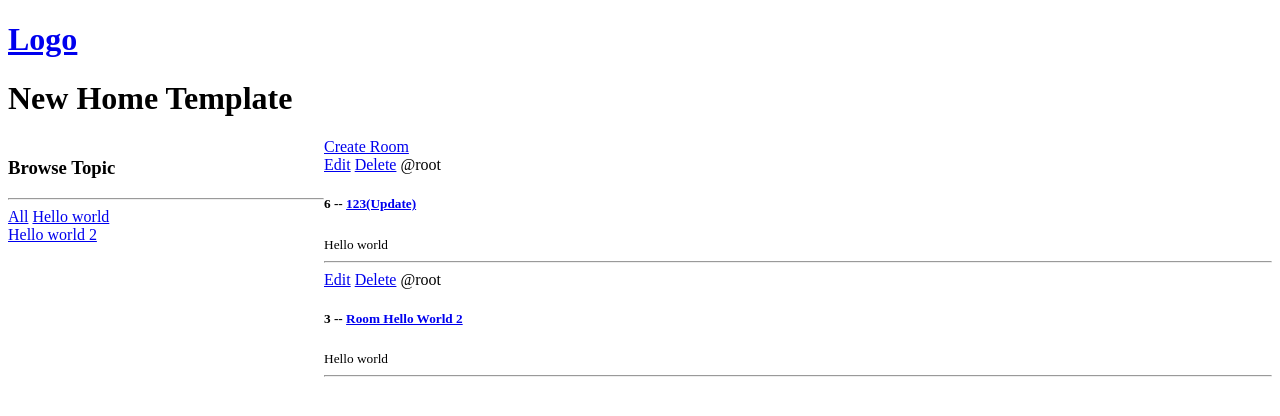
Repository: DZESU/studybug_django
Page: http://localhost/
The author's editor kept a copy of each file at every save. The page is drawn from the files as they stood at one save, then again after the next save.
The browser window is 1280 px wide. The pictures show the whole page.
The page is served by the project's application, run on Django 4.2 (manage.py). Other server files are loaded and not shown. The page reads the database file committed with the project.

Above is the page before, as saved 2022-08-02 22:33:55.

### base/templates/base/home.html
{% extends 'main.html' %} {% block content %}

<style>
    .home-container{
        display: grid;
        grid-template-columns: 1fr 3fr;
    }
</style>
<h1>New Home Template</h1>

<div class="home-container">
  <div>
    <h3>Browse Topic</h3>
    <hr>
    <a href="{%url 'home'%}">All</a>
    {% for topic in topics %}
    <a href="{%url 'home'%}?q={{topic.name}}">{{topic.name}}</a>
    <br>

    {% endfor %}
  </div>

  <div>
    <a href="{% url 'create-room' %}">Create Room</a>

  <div>
    {% for room in rooms %}
    <div>
      <a href="{% url 'update-room' room.id%}">Edit</a>
      <a href="{% url 'delete-room' room.id%}">Delete</a>
      <span>@{{room.host.username}}</span>
      <h5>
        {{room.id}} -- <a href='{% url "room" room.id %}'>{{room.name}}</a>
      </h5>
      <small>{{room.topic.name}}</small>
      <hr>
    </div>
    {% endfor %}
  </div>

  </div>
  </div>
{% endblock content %}

### templates/main.html
<!DOCTYPE html>
<html lang="en">
<head>
    <meta charset="UTF-8">
    <meta http-equiv="X-UA-Compatible" content="IE=edge">
    <meta name="viewport" content="width=device-width, initial-scale=1.0">
    <title>Pory</title>
</head>
<body>
    {% include 'navbar.html' %}
    {% block content %}

    {% endblock %}
</body>

</html>

### templates/navbar.html
<a href="/">
    <h1>
        Logo
    </h1>
</a>

### base/models.py
from pyexpat import model
from django.db import models
from django.contrib.auth.models import User

# Create your models here.


class Topic(models.Model):
    name = models.TextField(max_length=200)

    def __str__(self) -> str:
        return self.name


class Room(models.Model):
    host = models.ForeignKey(User, on_delete=models.SET_NULL, null=True)
    topic = models.ForeignKey(Topic, on_delete=models.SET_NULL, null=True)
    name = models.CharField(max_length=200)
    description = models.TextField(null=True, blank=True)
    # participents =
    updated = models.DateTimeField(auto_now=True)
    created = models.DateTimeField(auto_now_add=True)

    class Meta:
        ordering = ['-updated', '-created']

    def __str__(self) -> str:
        return self.name


class Message(models.Model):
    user = models.ForeignKey(User, on_delete=models.CASCADE)
    room = models.ForeignKey(Room, on_delete=models.CASCADE)
    body = models.TextField()
    updated = models.DateTimeField(auto_now=True)
    created = models.DateTimeField(auto_now_add=True)

    def __str__(self) -> str:
        return self.body[0:50]

### base/views.py
from django.http import HttpResponse
from django.shortcuts import redirect, render
from .models import Room, Topic
from .forms import RoomForm

# Create your views here.
# rooms = [
#     {'id': 1, 'name': "Learn Pyhton 1"},
#     {'id': 2, 'name': "Learn Pyhton 2"},
#     {'id': 3, 'name': "Learn Pyhton 3"},
# ]


def home(request):
    query = request.GET.get('q')
    rooms = Room.objects.all()
    topics = Topic.objects.all()
    context = {'rooms': rooms, 'topics': topics}
    return render(request, 'base/home.html', context)


def room(request, pk):
    room = None
    for i in rooms:
        if i['id'] == int(pk):
            room = i
    context = {"room": room}
    return render(request, 'room.html', context)


def createRoom(request):
    form = RoomForm()
    if request.method == 'POST':
        form = RoomForm(request.POST)
        if form.is_valid:
            form.save()
            return redirect('home')
    context = {'form': form}
    return render(request, 'base/room_form.html', context)


def updateRoom(request, pk):
    room = Room.objects.get(id=pk)
    form = RoomForm(instance=room)
    if request.method == 'POST':
        form = RoomForm(request.POST, instance=room)
        if form.is_valid:
            form.save()
            return redirect('home')
    context = {'form': form}
    return render(request, 'base/room_form.html', context)

def deleteRoom(request, pk):
    room = Room.objects.get(id=pk)
    if request.method == 'POST':
        room.delete()
        return redirect('home')
    return render(request, 'base/delete.html', {'obj': room})

### studybud/urls.py
"""studybud URL Configuration

The `urlpatterns` list routes URLs to views. For more information please see:
    https://docs.djangoproject.com/en/4.0/topics/http/urls/
Examples:
Function views
    1. Add an import:  from my_app import views
    2. Add a URL to urlpatterns:  path('', views.home, name='home')
Class-based views
    1. Add an import:  from other_app.views import Home
    2. Add a URL to urlpatterns:  path('', Home.as_view(), name='home')
Including another URLconf
    1. Import the include() function: from django.urls import include, path
    2. Add a URL to urlpatterns:  path('blog/', include('blog.urls'))
"""
from django.contrib import admin
from django.http import HttpResponse
from django.urls import path, include


urlpatterns = [
    path('admin/', admin.site.urls),
    path('', include('base.urls'))

]

### base/urls.py

from django.urls import path
from . import views


urlpatterns = [
    path('', views.home, name='home'),
    path('room/<str:pk>/', views.room, name='room'),
    path('create-room/', views.createRoom, name='create-room'),
    path('update-room/<str:pk>/', views.updateRoom, name='update-room'),
    path('delete-room/<str:pk>/', views.deleteRoom, name='delete-room'),
]

### db.sqlite3 (the tables this page reads, as SQL)
CREATE TABLE "auth_user" ("id" integer NOT NULL PRIMARY KEY AUTOINCREMENT, "password" varchar(128) NOT NULL, "last_login" datetime NULL, "is_superuser" bool NOT NULL, "username" varchar(150) NOT NULL UNIQUE, "last_name" varchar(150) NOT NULL, "email" varchar(254) NOT NULL, "is_staff" bool NOT NULL, "is_active" bool NOT NULL, "date_joined" datetime NOT NULL, "first_name" varchar(150) NOT NULL);
INSERT INTO "auth_user" VALUES
(1, 'pbkdf2_sha256$320000$UrW1pq03xRyNQyrafn6517$P1zXKqc2rbYuAbbZQF6K2nNt7FzLmm3nQD8cYA/meyY=', '2022-08-01 15:19:26.438615', 1, 'root', '', 'root@email.com', 1, 1, '2022-08-01 15:19:20.515408', '');

CREATE TABLE "base_room" ("id" integer NOT NULL PRIMARY KEY AUTOINCREMENT, "name" varchar(200) NOT NULL, "description" text NULL, "updated" datetime NOT NULL, "created" datetime NOT NULL, "host_id" integer NULL REFERENCES "auth_user" ("id") DEFERRABLE INITIALLY DEFERRED, "topic_id" bigint NULL REFERENCES "base_topic" ("id") DEFERRABLE INITIALLY DEFERRED);
INSERT INTO "base_room" VALUES
(3, 'Room Hello World 2', '', '2022-08-01 15:38:10.107798', '2022-08-01 15:38:10.107798', 1, 1),
(6, '123(Update)', '123', '2022-08-02 15:10:48.607938', '2022-08-02 14:54:10.459101', 1, 1);

CREATE TABLE "base_topic" ("id" integer NOT NULL PRIMARY KEY AUTOINCREMENT, "name" text NOT NULL);
INSERT INTO "base_topic" VALUES
(1, 'Hello world'),
(2, 'Hello world 2');

After the next save:
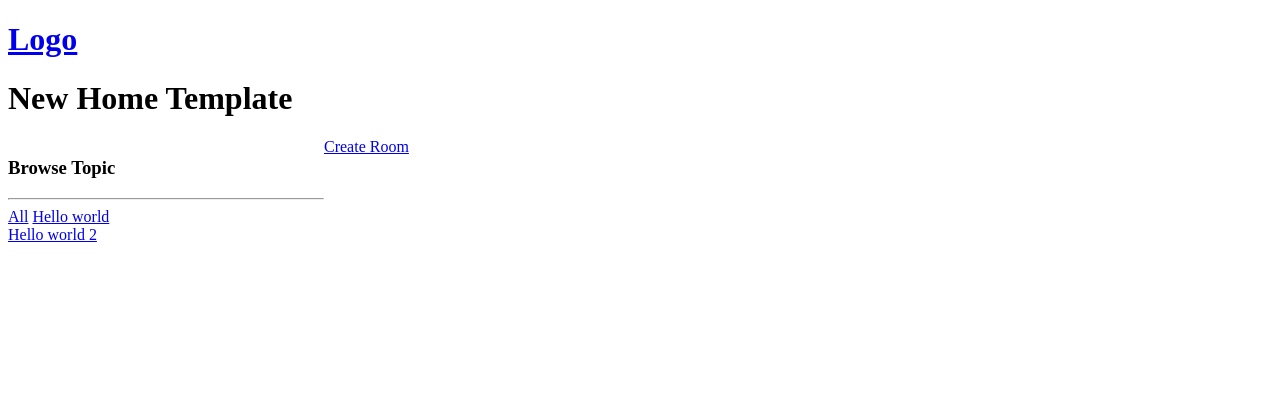
Saved 29 s later.
--- a/base/views.py
+++ b/base/views.py
@@ -13,7 +13,7 @@ from .forms import RoomForm
 
 def home(request):
     query = request.GET.get('q')
-    rooms = Room.objects.all()
+    rooms = Room.objects.filter(topic__name = query)
     topics = Topic.objects.all()
     context = {'rooms': rooms, 'topics': topics}
     return render(request, 'base/home.html', context)
